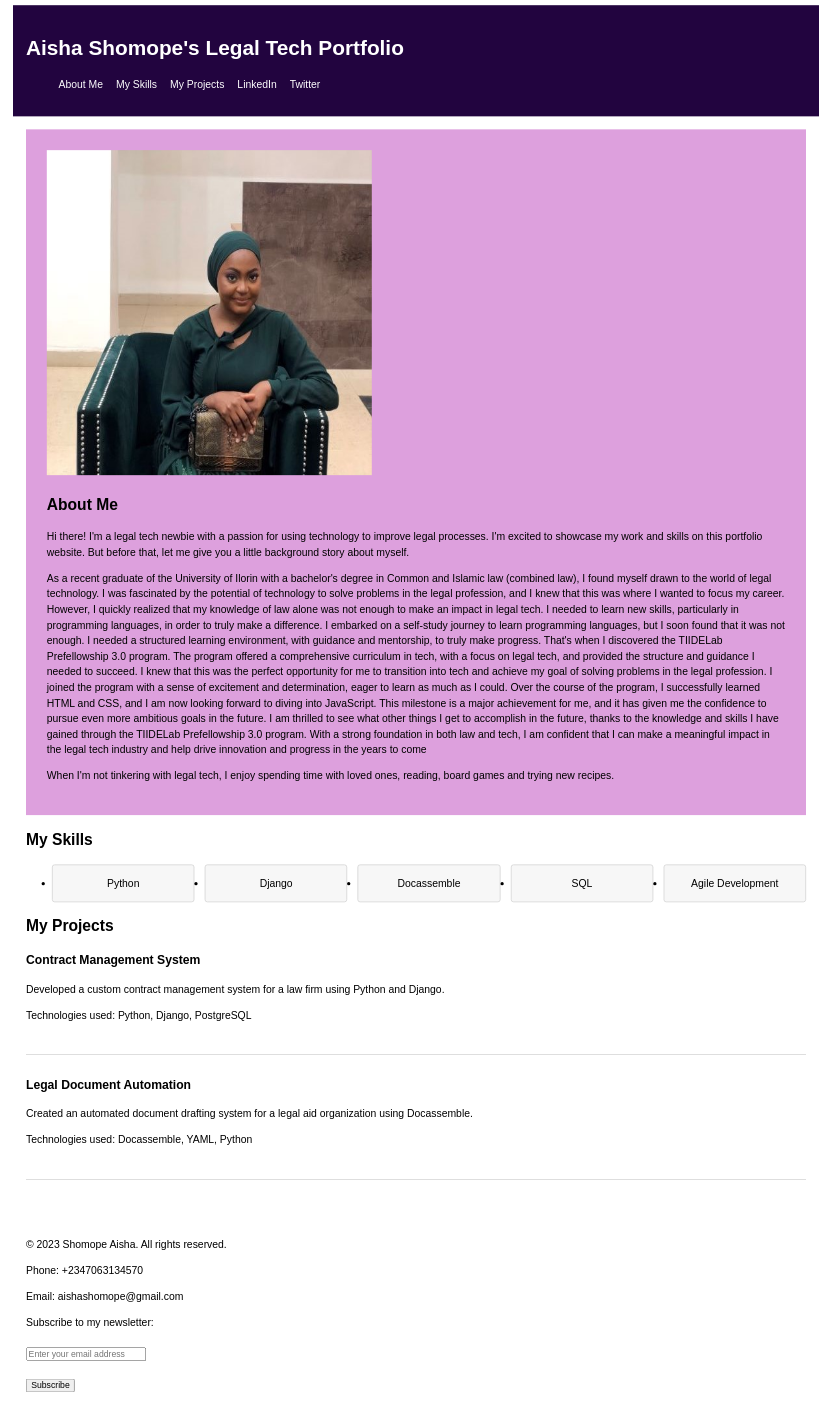
Repository: Iyewande/AishasPortfolio
Page: Index.html
The author's editor kept a copy of each file at every save. The page is drawn from the files as they stood at one save, then again after the next save.
The browser window is 1280 px wide. The pictures show the whole page, at 65% of full size.

Above is the page before, as saved 2023-04-30 20:30:44.

### Index.html
<!DOCTYPE html>
<html lang="en">
    <head>
        <meta charset="UTF-8">
        <meta http-equiv="X-UA-Compatible" content="IE=edge">
        <meta name="viewport" content="width=device-width, initial-scale=1.0">
        <title>My Legal Tech Portfolio</title>
        <link rel="stylesheet" href="Style.css">
    </head>
    <body>
        <!-- This HTML code creates a simple portfolio website with three main sections: About Me, My Projects, and My Skills.
            The navigation menu allows visitors to easily navigate between the sections of the website. The CSS styling for
            this website is located in a separate style.css file. -->
        <header>
            <h1> Aisha Shomope's Legal Tech Portfolio </h1>
            <nav>
                <ul>
                    <li><a href="#about">About Me</a></li>
                    <li><a href="#skills">My Skills</a></li>
                    <li><a href="#projects">My Projects</a></li>
                    <li><a href="https://www.linkedin.com/in/yourprofile/">LinkedIn</a></li>
                    <li><a href="https://twitter.com/yourhandle/">Twitter</a></li>
                  </ul>
            </nav>
        </header>
        <main>
            <section id="about">
                <div class="main-container"></div>
                <img src="E17CF07F-F5B1-4C94-9C3E-8D25C5FEC29B.jpg" alt="A picture of me" height="500" width="500">
                <h2>About Me</h2>
                <p>Hi there! I'm a legal tech newbie with a passion for using technology to improve legal processes. I'm excited to
                    showcase my work and skills on this portfolio website. But before that, let me give you a little background story about myself.</p>
                <article>
                    As a recent graduate of the University of Ilorin with a bachelor's degree in Common and Islamic law (combined law), I found myself drawn to the world of legal technology. I was fascinated by the potential of technology to solve problems in the legal profession, and I knew that this was where I wanted to focus my career.
                    However, I quickly realized that my knowledge of law alone was not enough to make an impact in legal tech. I needed to learn new skills, particularly in programming languages, in order to truly make a difference. I embarked on a self-study journey to learn programming languages, but I soon found that it was not enough. I needed a structured learning environment, with guidance and mentorship, to truly make progress.
                    That's when I discovered the TIIDELab Prefellowship 3.0 program. The program offered a comprehensive curriculum in tech, with a focus on legal tech, and provided the structure and guidance I needed to succeed. I knew that this was the perfect opportunity for me to transition into tech and achieve my goal of solving problems in the legal profession.
                    I joined the program with a sense of excitement and determination, eager to learn as much as I could. Over the course of the program, I successfully learned HTML and CSS, and I am now looking forward to diving into JavaScript. This milestone is a major achievement for me, and it has given me the confidence to pursue even more ambitious goals in the future.
                    I am thrilled to see what other things I get to accomplish in the future, thanks to the knowledge and skills I have gained through the TIIDELab Prefellowship 3.0 program. With a strong foundation in both law and tech, I am confident that I can make a meaningful impact in the legal tech industry and help drive innovation and progress in the years to come</article>
                <p>When I'm not tinkering with legal tech, I enjoy spending time with loved ones, reading, board games and trying new recipes.</p>
              </section>
              <section id="skills">
                <div class="main-container"></div>
                <h2>My Skills</h2>
                <ul>
                  <li>Python</li>
                  <li>Django</li>
                  <li>Docassemble</li>
                  <li>SQL</li>
                  <li>Agile Development</li>
                </ul>
              </section>
              <section id="projects">
                <div class="main-container"></div>
                <h2>My Projects</h2>
                <ul>
                  <li>
                    <h3>Contract Management System</h3>
                    <p>Developed a custom contract management system for a law firm using Python and Django.</p>
                    <p>Technologies used: Python, Django, PostgreSQL</p>
                  </li>
                  <li>
                    <h3>Legal Document Automation</h3>
                    <p>Created an automated document drafting system for a legal aid organization using Docassemble.</p>
                    <p>Technologies used: Docassemble, YAML, Python</p>
                  </li>
                </ul>
              </section>

        </main>
        <footer>
            <div class="footer-container">
                <p>&copy; 2023 Shomope Aisha. All rights reserved.</p>
                <div class="contact">
                    <p>Phone: +2347063134570</p>
                    <p>Email: aishashomope@gmail.com</p>
                </div>
                <form action="#" method="post">
                    <label for="subscribe">Subscribe to my newsletter:</label>
                    <br><br>
                    <input type="email" id="subscribe" name="subscribe" placeholder="Enter your email address">
                    <br><br>
                    <button type="submit">Subscribe</button>
                </form>
            </div>
        </footer>
    </body>
</html>

### Style.css
/* Global styles */
/* This CSS file defines styles for the entire website, as well as specific styles for the different sections of the website.
For example, the header element has a dark background color and white text color, while the #skills section uses a grid layout
to display a list of skills. These styles are used to enhance the design and usability of the website.*/

/* body {
    font-family: Arial, sans-serif;
    font-size: 16px;
    line-height: 1.5;
    margin: 0;
    padding: 0;
  }

  h1, h2, h3 {
    font-family: 'Montserrat', sans-serif;
  }

  header {
    background-color: #333;
    color: #fff;
    display: flex;
    justify-content: space-between;
    padding: 1em;
  }

  nav ul {
    display: flex;
    list-style: none;
    margin: 0;
    padding: 0;
  }

  nav ul li {
    margin-right: 1em;
  }

  nav ul li a {
    color: #fff;
    text-decoration: none;
  }

  nav ul li a:hover {
    text-decoration: underline;
  }

  section {
    margin: 2em 0;
  }

  /* Specific styles */

  #about {
    background-color: plum;
    padding: 2em;
  }

  #about p {
    margin-bottom: 1em;
  }

  #projects ul {
    list-style: none;
    margin: 0;
    padding: 0;
  }

  #projects li {
    border-bottom: 1px solid #ccc;
    margin-bottom: 2em;
    padding-bottom: 2em;
  }

  #projects h3 {
    margin-top: 0;
  }

  #projects p {
    margin-bottom: 1em;
  }

  #skills ul {
    display: grid;
    grid-template-columns: repeat(auto-fit, minmax(120px, 1fr));
    grid-gap: 1em;
  }

  #skills li {
    background-color: #f7f7f7;
    border: 1px solid #ccc;
    border-radius: 4px;
    padding: 1em;
    text-align: center;
  }
   */
  /* Global Styles */
* {
    box-sizing: border-box;
    margin: 0;
    padding: 0;
}

body {
    font-family: Arial, sans-serif;
    font-size: 16px;
    line-height: 1.5;
}

header, main, footer {
    max-width: 1200px;
    margin: 0 auto;
    padding: 20px;
}

/* Header Styles */
header {
    background-color: rgb(34, 4, 63);
    color: #fff;
}

.header-container {
    display: flex;
    justify-content: space-between;
    align-items: center;
}

nav ul {
    display: flex;
    list-style: none;
}

nav ul li {
    margin: 0 10px;
}

nav ul li a {
    color: #fff;
    text-decoration: none;
}

nav ul li a:hover {
    text-decoration: underline;
}

After the next save:
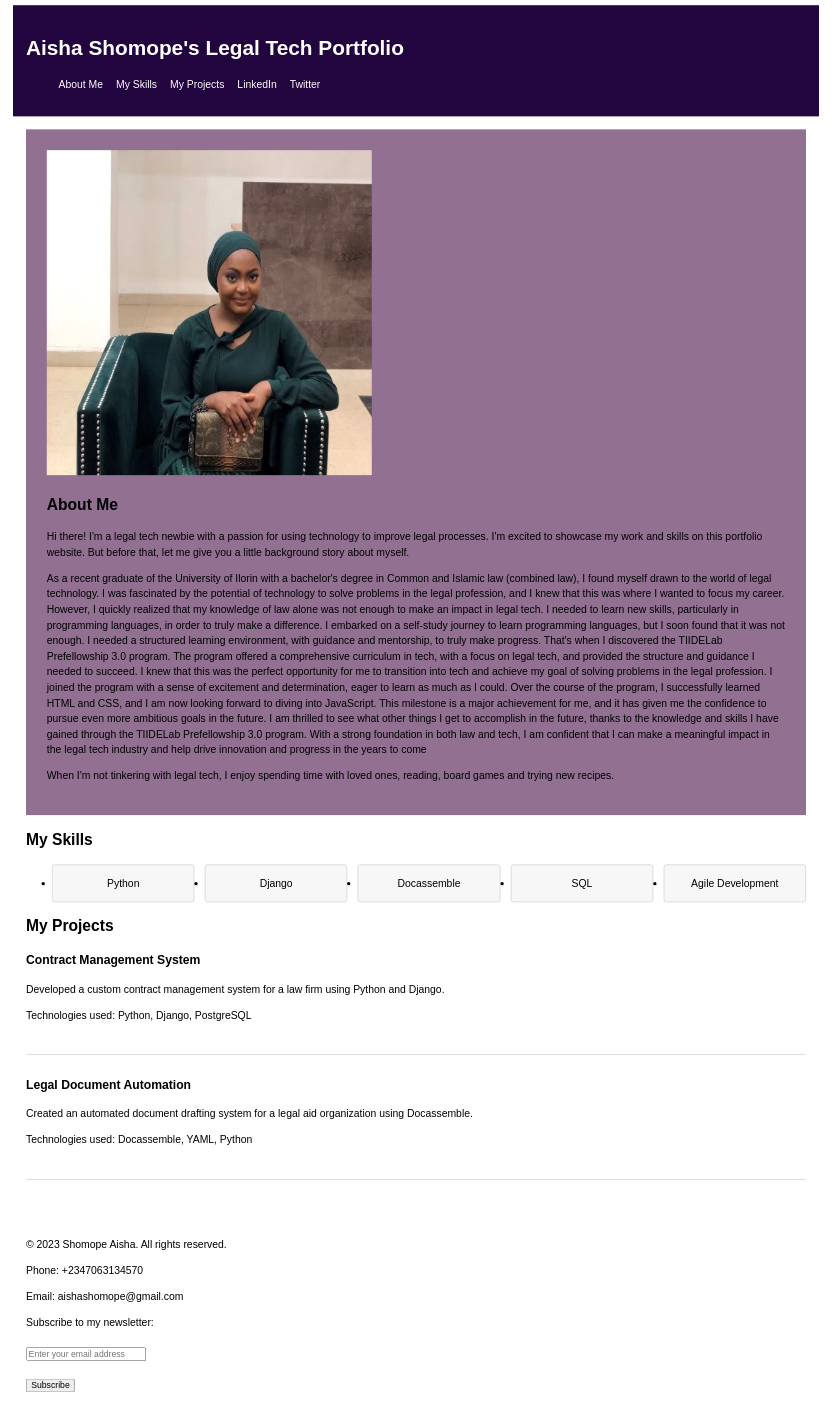
Saved 48 s later.
--- a/Style.css
+++ b/Style.css
@@ -50,7 +50,7 @@ to display a list of skills. These styles are used to enhance the design and usa
   /* Specific styles */
 
   #about {
-    background-color: plum;
+    background-color: rgb(145, 112, 145);
     padding: 2em;
   }
 
